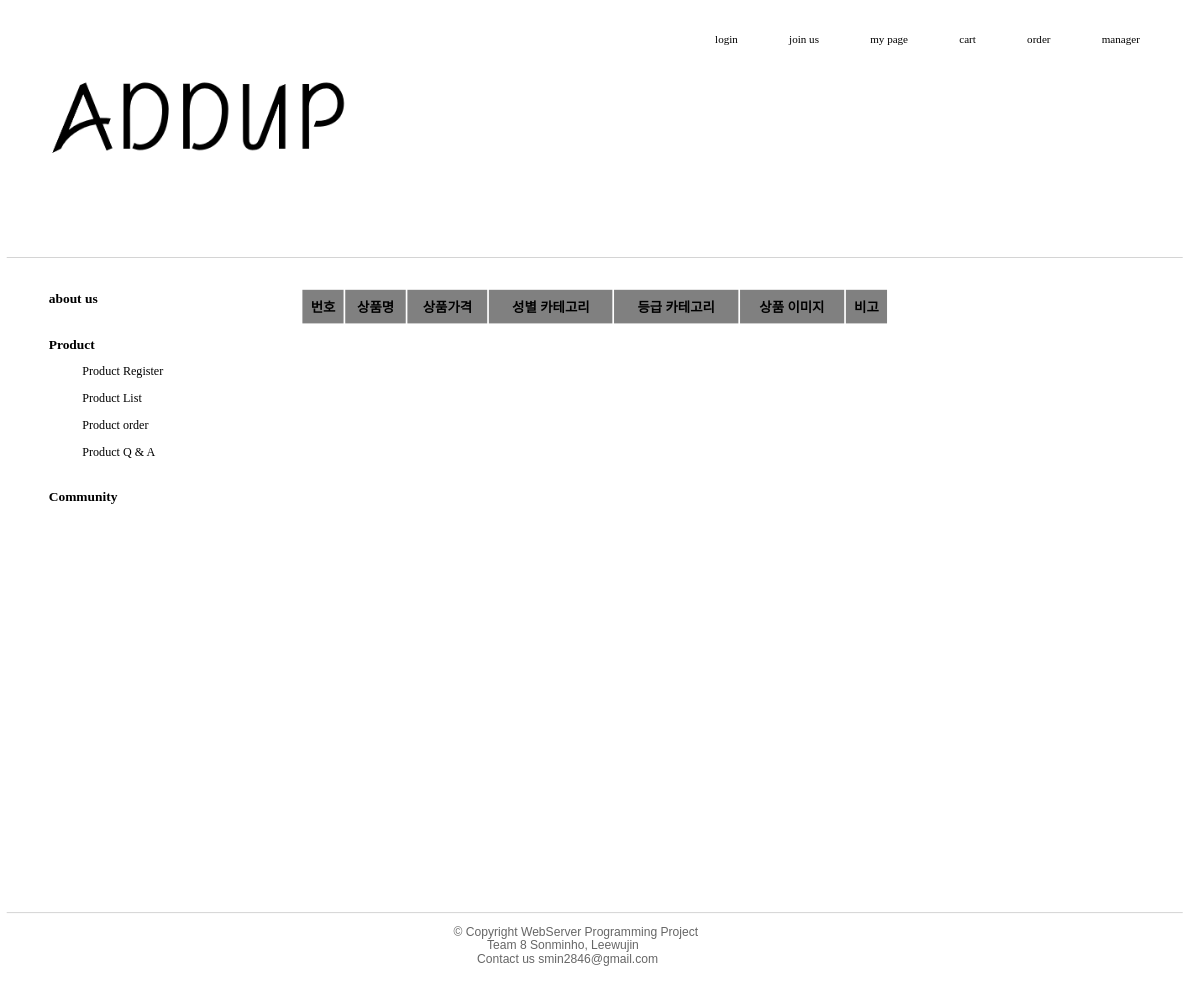
Repository: sonminho/aos
Page: http://localhost/addup_perfume/manager_list.jsp
The author's editor kept a copy of each file at every save. The page is drawn from the files as they stood at one save, then again after the next save.
The browser window is 1280 px wide. The page is 1408 px wide, so the pictures cover 1408 px, including what lies to the right of the window. The pictures show the whole page, at 84% of full size.
The page is served by Tomcat 9. Queries for data that is not in the repository find no rows.

Above is the page before, as saved 2017-11-29 10:34:29.

After the next save:
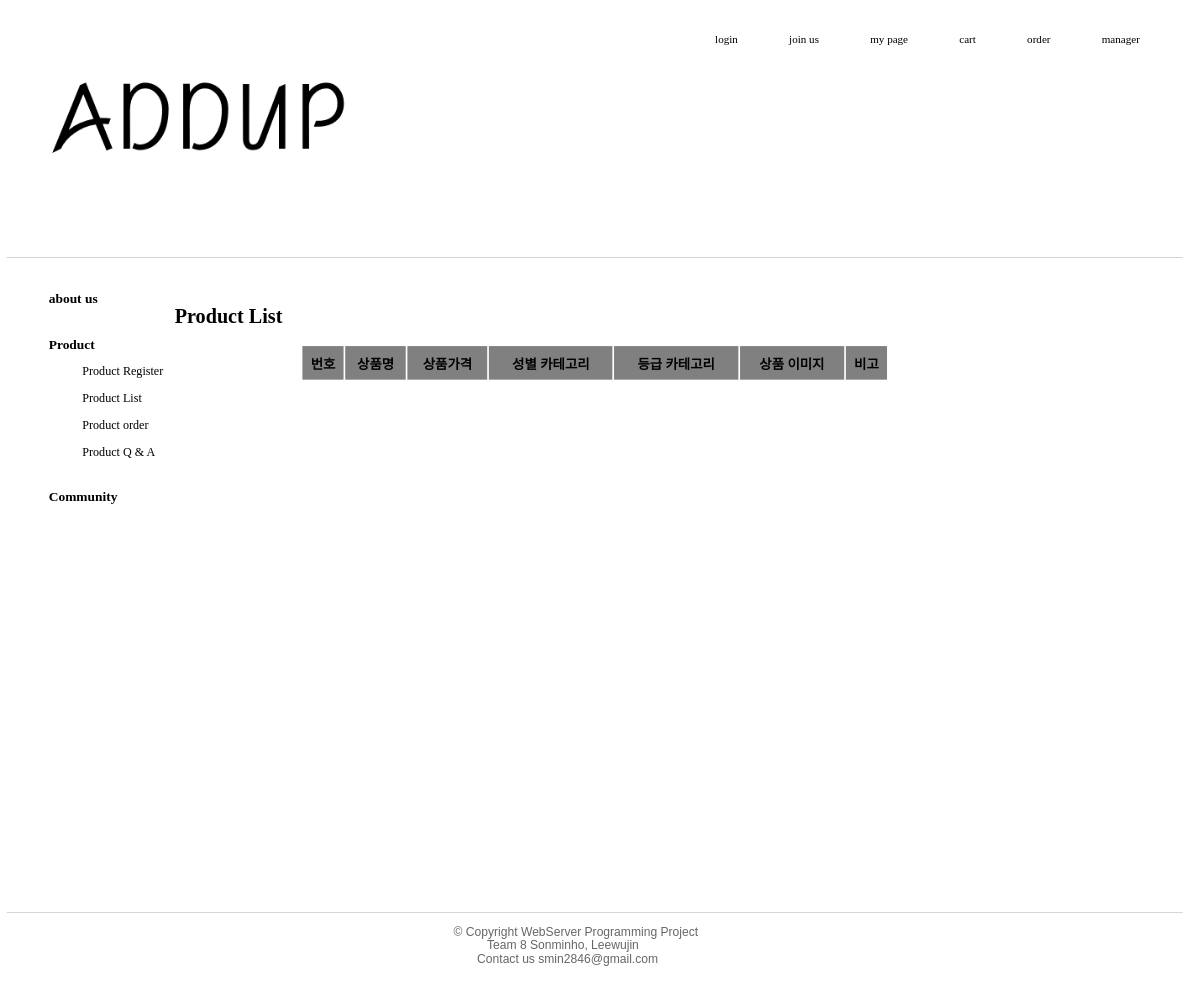
Saved 61 s later.
--- a/Webserver/addup_perfume/WebContent/manager_list.jsp
+++ b/Webserver/addup_perfume/WebContent/manager_list.jsp
@@ -200,6 +200,7 @@
 		</div> <!-- mainnav -->
 		<div id="content">
 		<br><br>
+		<h2>Product List</h2>
 			<table width=80% border=0>
 				<tr id="column">
 					<th>번호</th>
